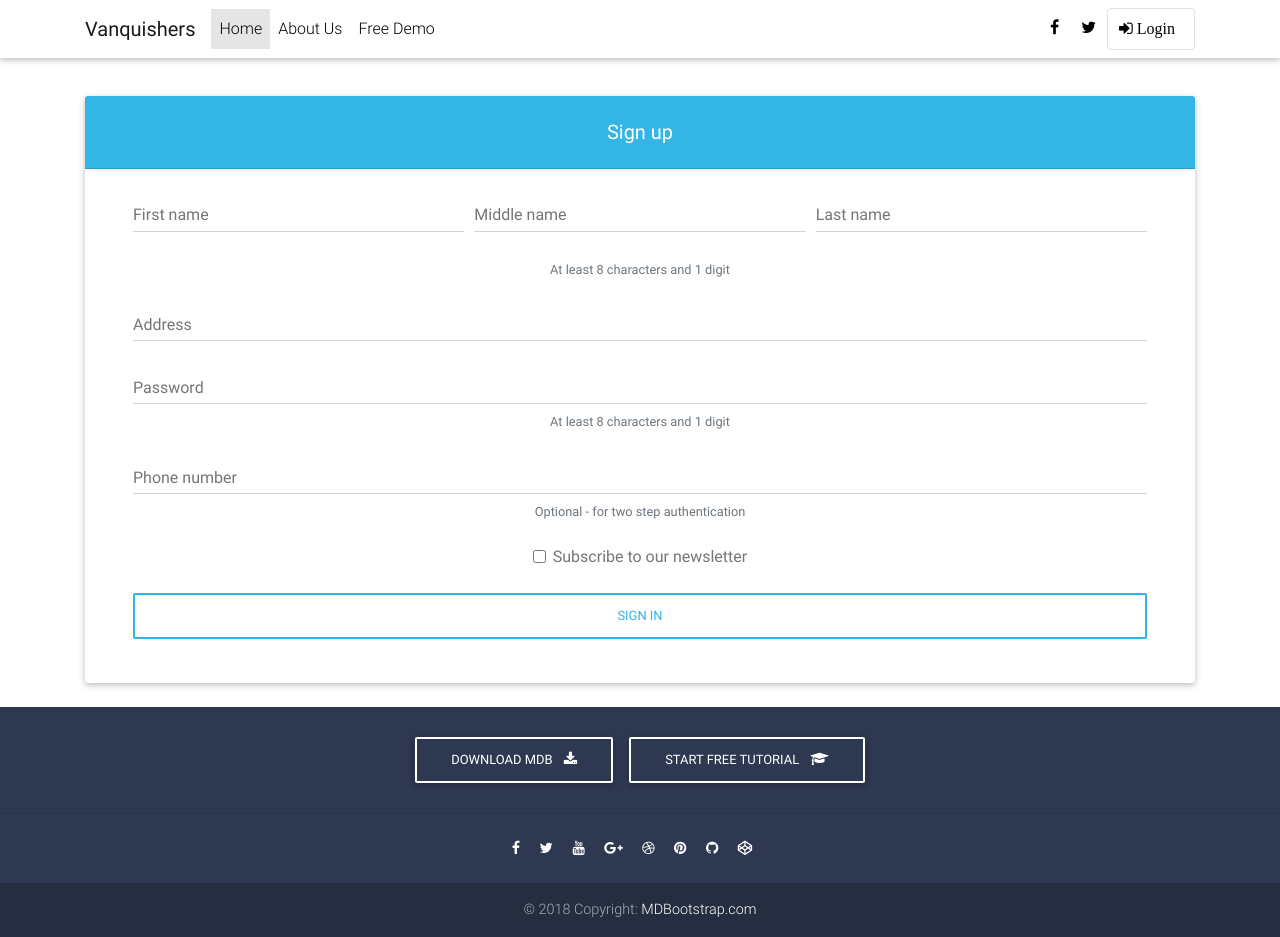
Repository: KJSCEhack/KJSCE_Vanquishers
Page: http://localhost/demo.php
An editor plug-in stored every save of this project. The page is shown before and after the next save, followed by the edit.
The browser window is 1280 px wide. The pictures show the whole page.
The page is run by PHP 8.4 with error messages shown; the project is at /var/www/html/.

Above is the page before, as saved 2018-10-06 09:09:41.

After the next save:
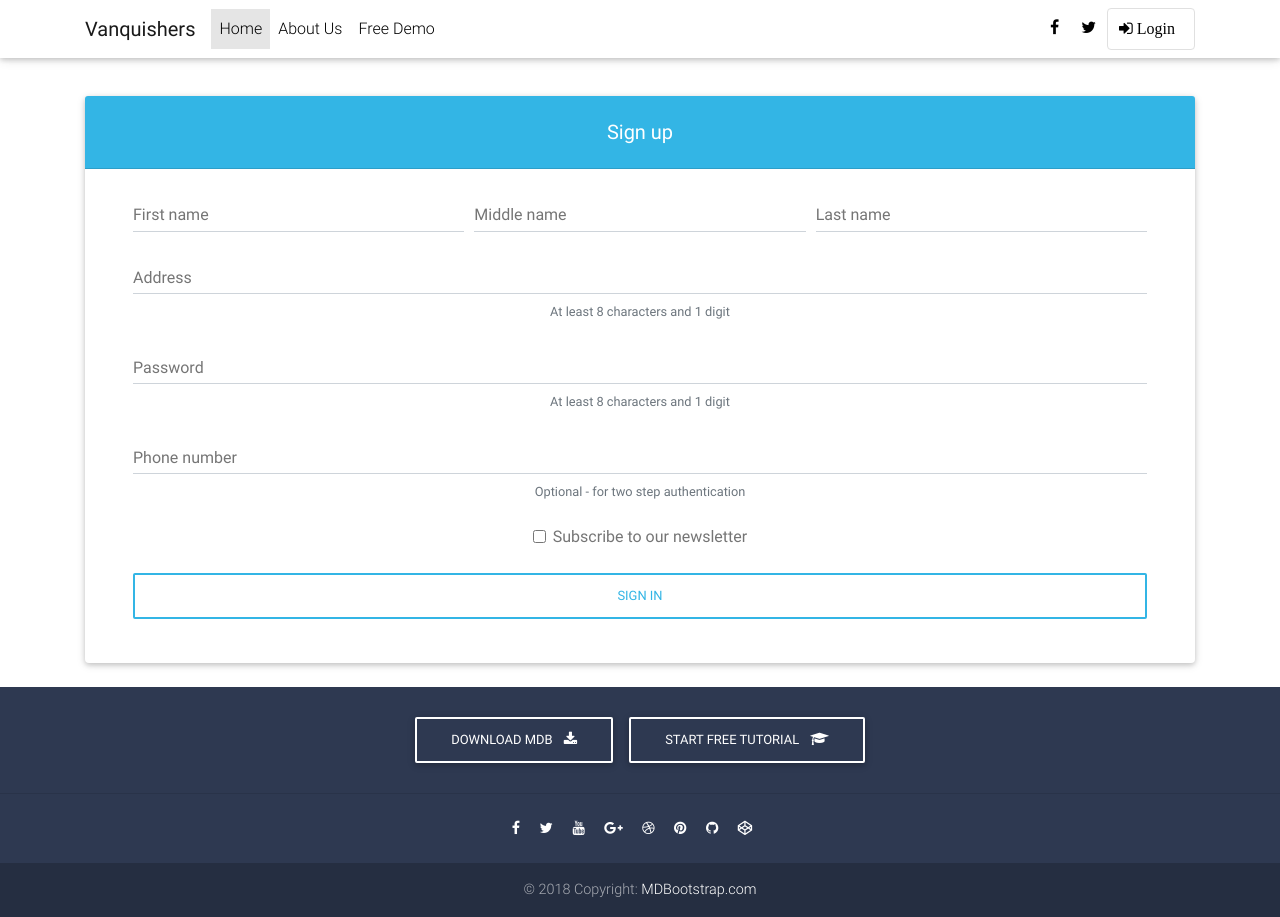
Saved 47 s later.
--- a/demo.php
+++ b/demo.php
@@ -138,14 +138,14 @@ mysqli_close($conn);
                             </div>
                         </div>
                     </div>
-                    <small id="materialRegisterFormPasswordHelpBlock" class="form-text text-muted mb-4">
-                            At least 8 characters and 1 digit
-                        </small>
 
                     <!-- Address -->
                     <div class="md-form mt-0">
                         <input type="text" id="materialRegisterFormAddress" class="form-control">
                         <label for="materialRegisterFormAddress">Address</label>
+                        <small id="materialRegisterFormPasswordHelpBlock" class="form-text text-muted mb-4">
+                            At least 8 characters and 1 digit
+                        </small>
                     </div>
 
                     <!-- Password -->
